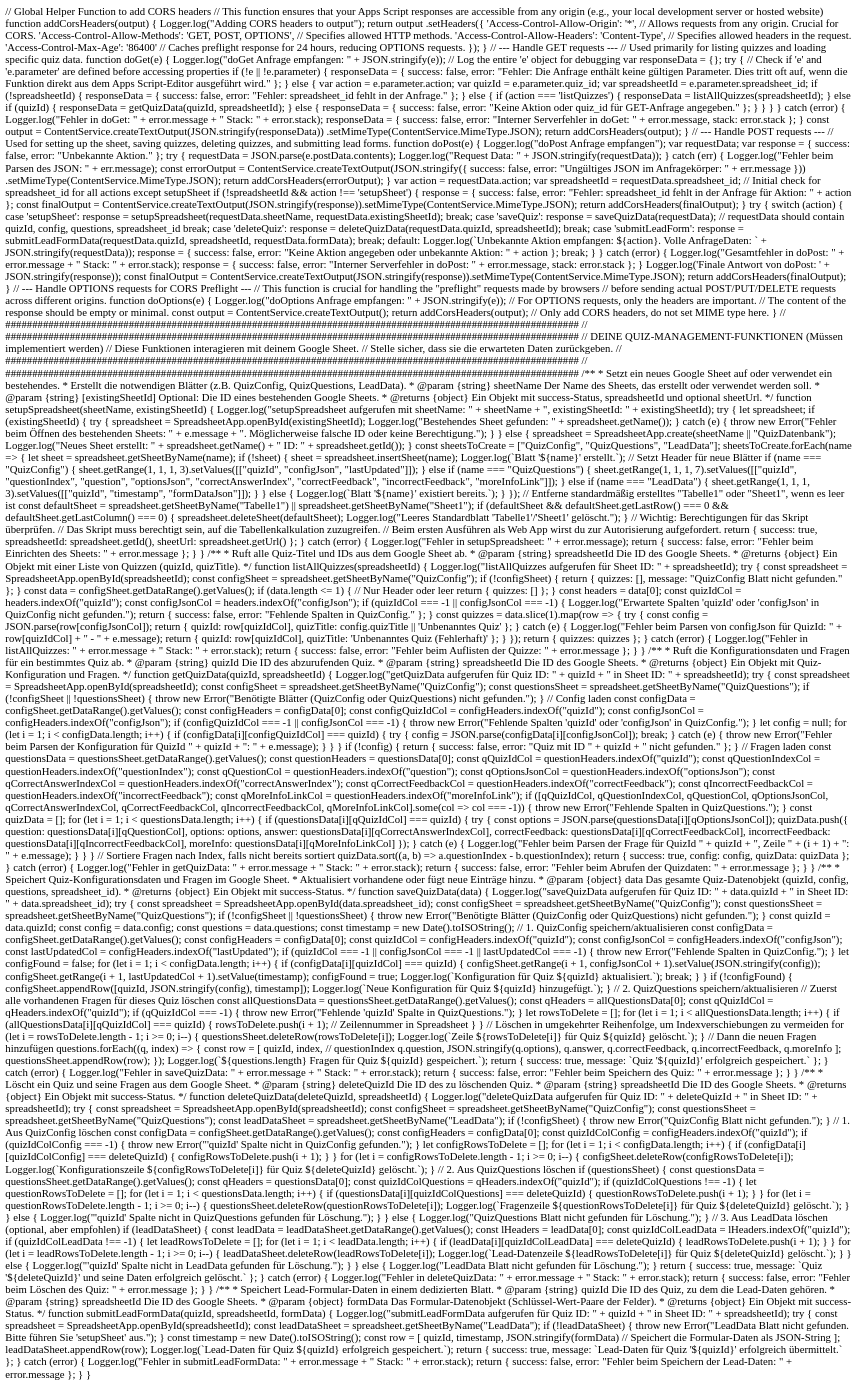
Repository: SandroGansner/LMS-Quiz-Builder
Page: quiz-editor.html
An editor plug-in stored every save of this project. The page is shown before and after the next save, followed by the edit.
The browser window is 1280 px wide. The pictures show the whole page, at 67% of full size.

Above is the page before, as saved 2025-06-05 12:45:21.

After the next save:
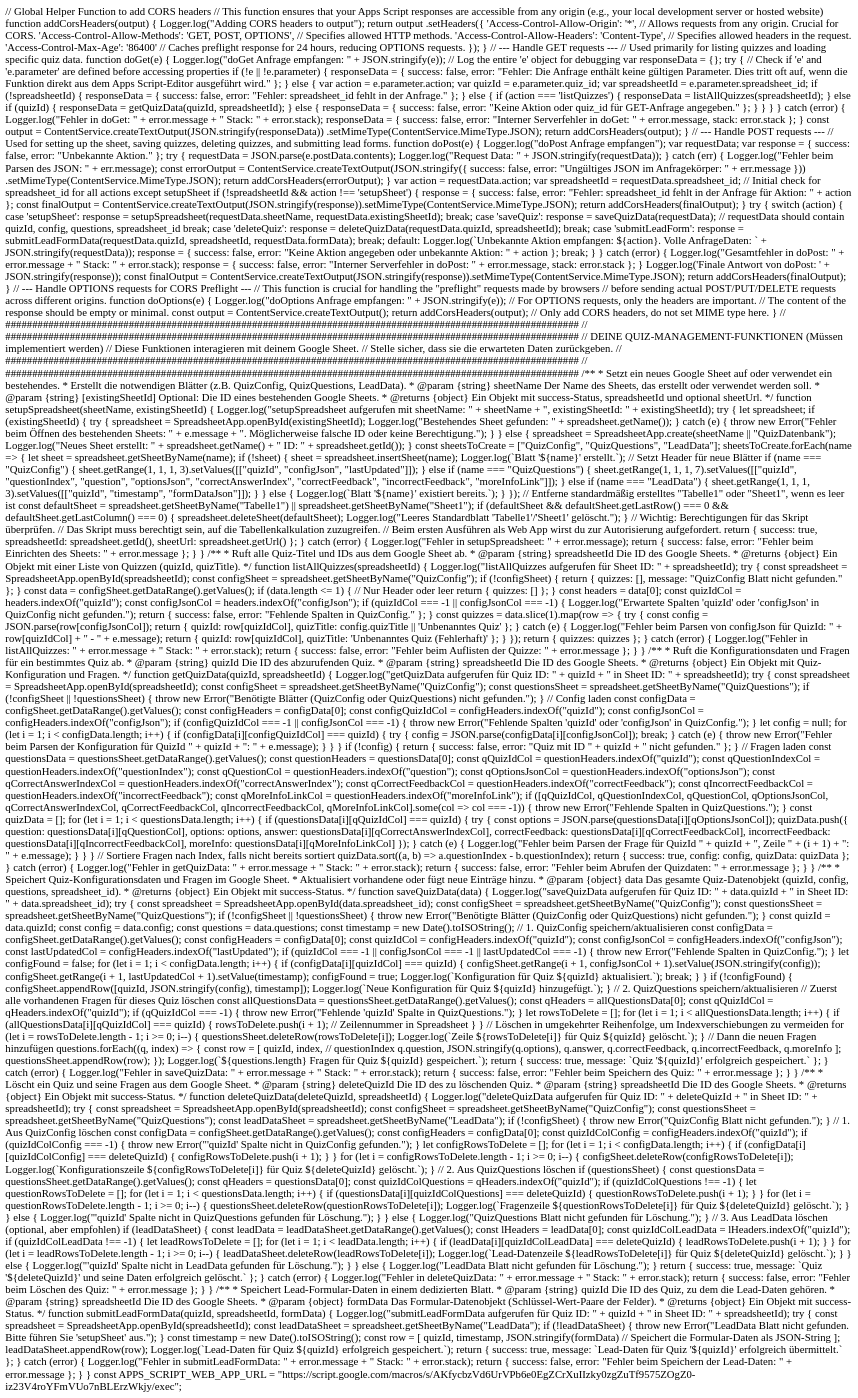
Saved 84 s later.
--- a/quiz-editor.html
+++ b/quiz-editor.html
@@ -539,3 +539,5 @@ function submitLeadFormData(quizId, spreadsheetId, formData) {
     return { success: false, error: "Fehler beim Speichern der Lead-Daten: " + error.message };
   }
 }
+
+const APPS_SCRIPT_WEB_APP_URL = "https://script.google.com/macros/s/AKfycbzVd6UrVPb6e0EgZCrXuIIzky0zgZuTf9575ZOgZ0-iz23V4roYFmVUo7nBLErzWkjy/exec";
